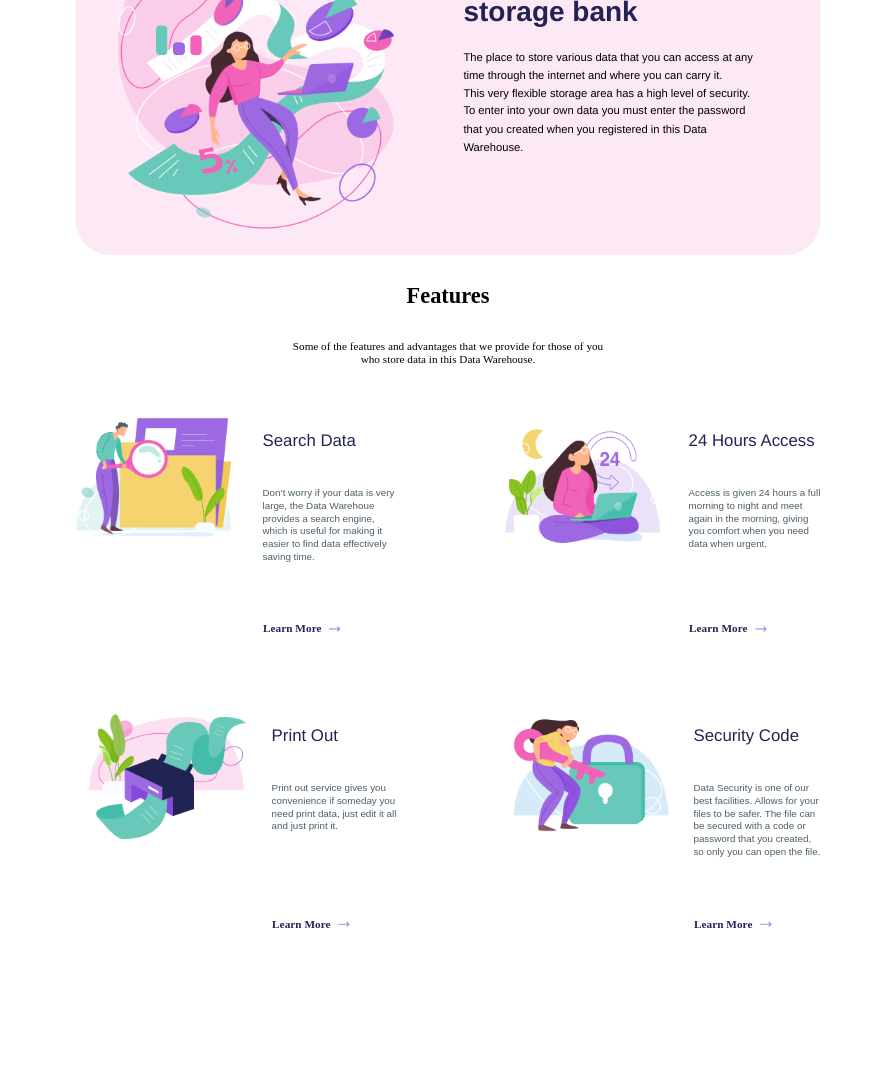
Repository: batonAnton/HW6_flexbox
Page: index.html
An editor plug-in stored every save of this project. The page is shown before and after the next save, followed by the edit.
The browser window is 1280 px wide. The pictures show the part of the page from y = 969 to 2889 px (the page is 2499 px tall before and 2889 px after), at 70% of full size.
Some web fonts or font styles are not loaded; a fallback is used.

Above is the page before, as saved 2022-06-18 13:18:56.

After the next save:
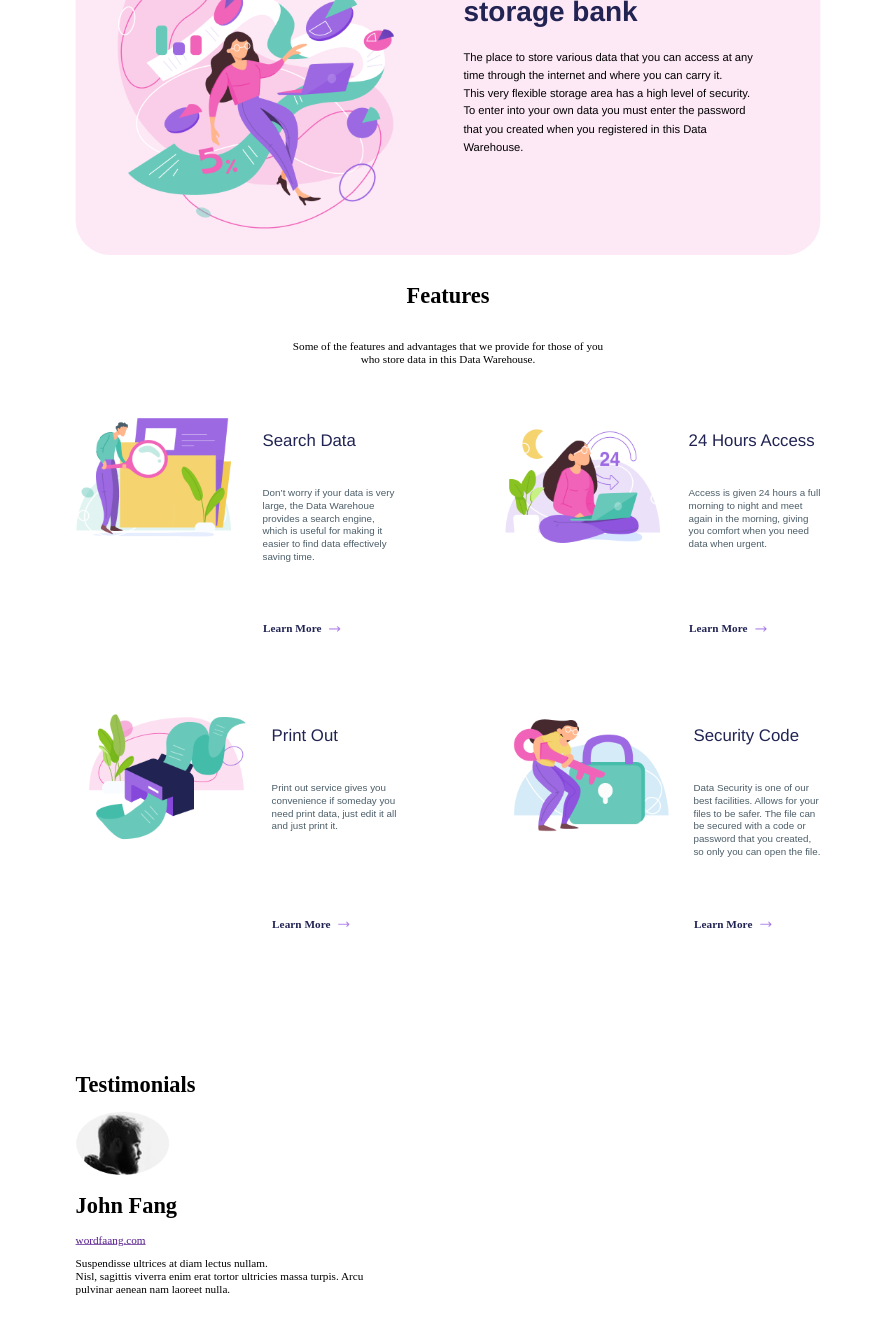
Saved 6 min 42 s later.
--- a/index.html
+++ b/index.html
@@ -169,5 +169,21 @@
             </div>
         </div>
     </div>
+
+    <div class="section4 allstyles">
+        <h1>Testimonials</h1>
+
+        <div class="block">
+            <img src="./images/section3/section4.png" alt="img">
+            <div class="info">
+                <h1>John Fang </h1>
+                <a href="">wordfaang.com</a>
+                <p>
+                    Suspendisse ultrices at diam lectus nullam. <br>
+                    Nisl, sagittis viverra enim erat tortor ultricies massa turpis. Arcu <br> pulvinar aenean nam laoreet nulla.
+                </p>
+            </div>
+        </div>
+    </div>
 </body>
 </html>
